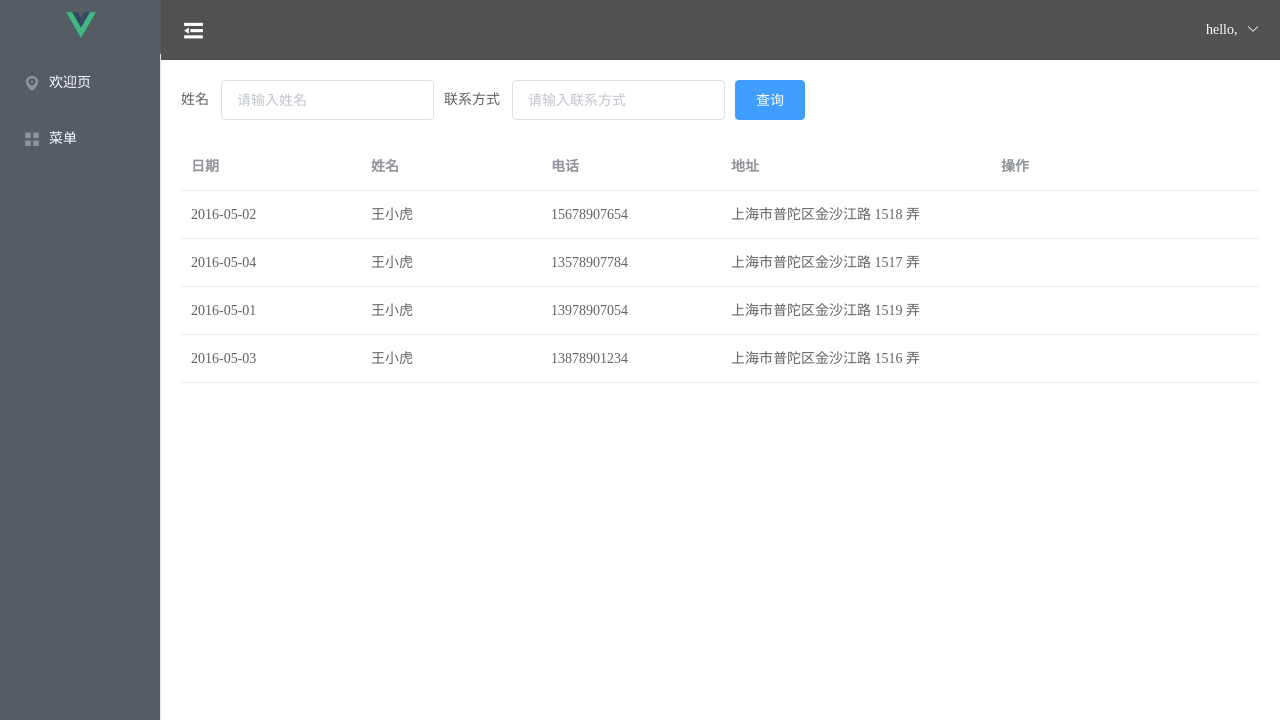
Repository: qianxuebing/admin
Page: /Layout/Table
The author's editor kept a copy of each file at every save. The page is drawn from the files as they stood at one save, then again after the next save.
The browser window is 1280 px wide. The pictures show the whole page.
The project was rebuilt for these pictures with package versions that can differ from the ones it lists, and the page was loaded fresh each time. Also part of the build but not shown: src/views/login/Login.vue. Imported but missing from the stored project, and not drawn on this page: src/views/home/Home.

Above is the page before, as saved 2019-12-10 14:39:03.

After the next save:
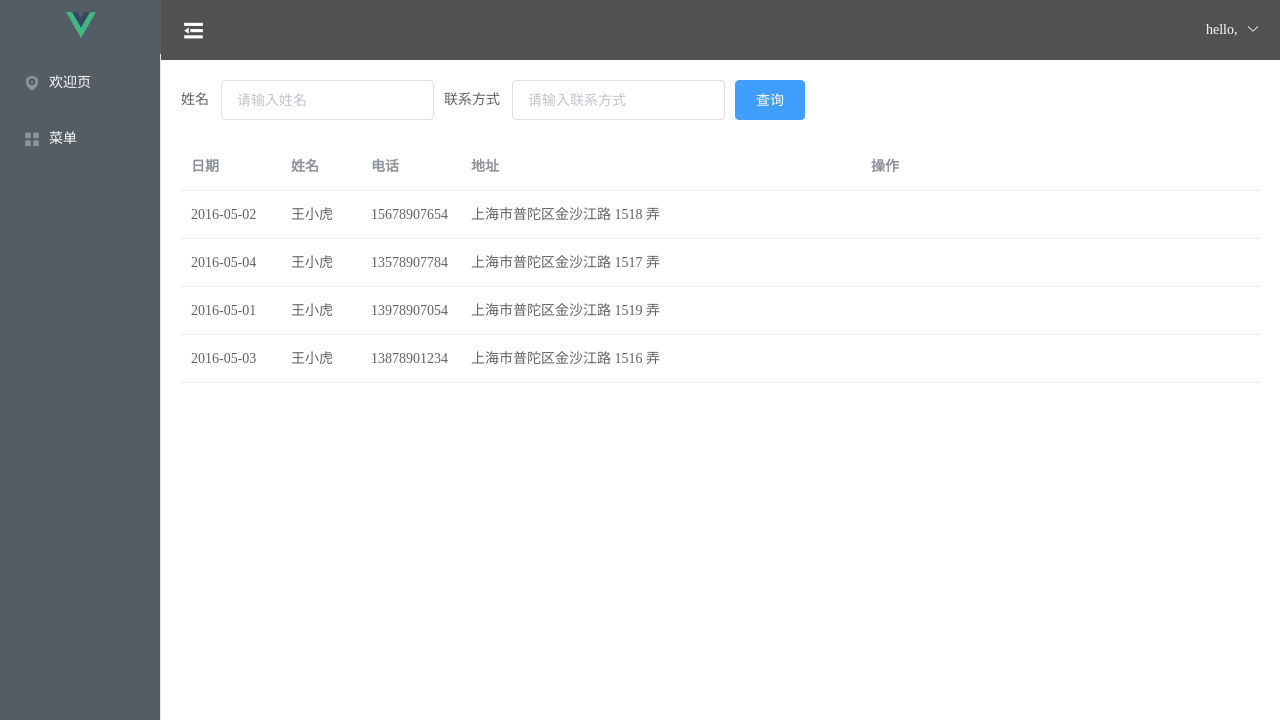
Saved 47 s later.
--- a/src/views/table/Table.vue
+++ b/src/views/table/Table.vue
@@ -15,17 +15,17 @@
       <el-table-column
         prop="date"
         label="日期"
-        width="180">
+        width="100">
       </el-table-column>
       <el-table-column
         prop="name"
         label="姓名"
-        width="180">
+        width="80">
       </el-table-column>
       <el-table-column
         prop="tel"
         label="电话"
-        width="180">
+        width="100">
       </el-table-column>
       <el-table-column
         prop="address"
